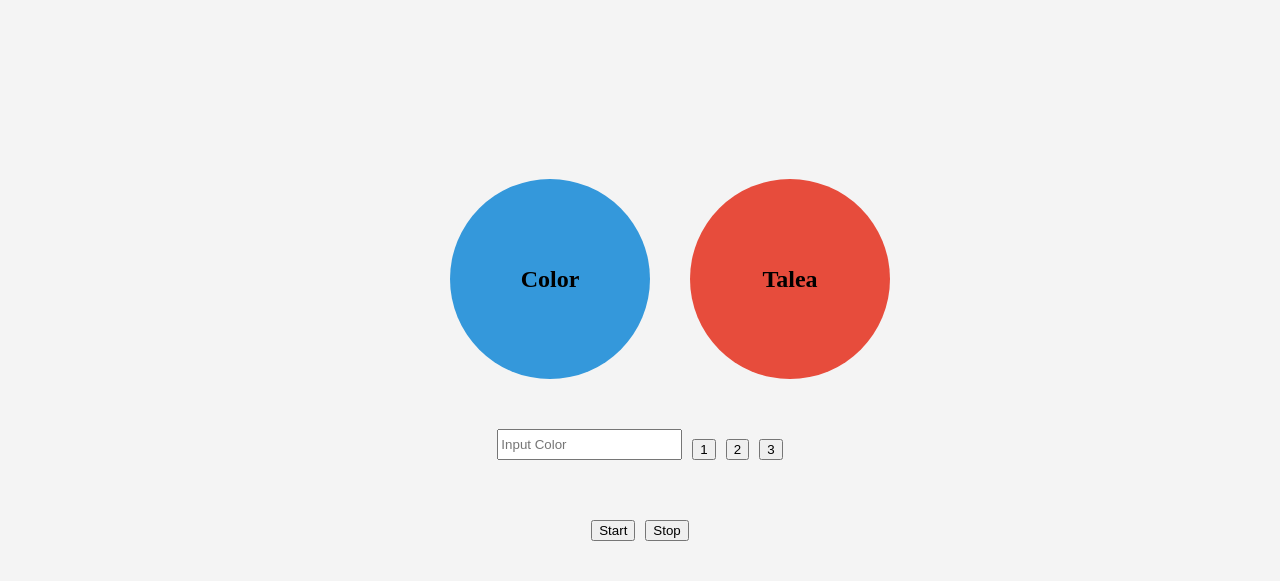
Repository: boshi-an/Isorhythm
Page: .vscode/Isorhythm/index.html
The author's editor kept a copy of each file at every save. The page is drawn from the files as they stood at one save, then again after the next save.
The browser window is 1280 px wide. The pictures show the whole page.

Above is the page before, as saved 2023-10-18 23:17:26.

After the next save:
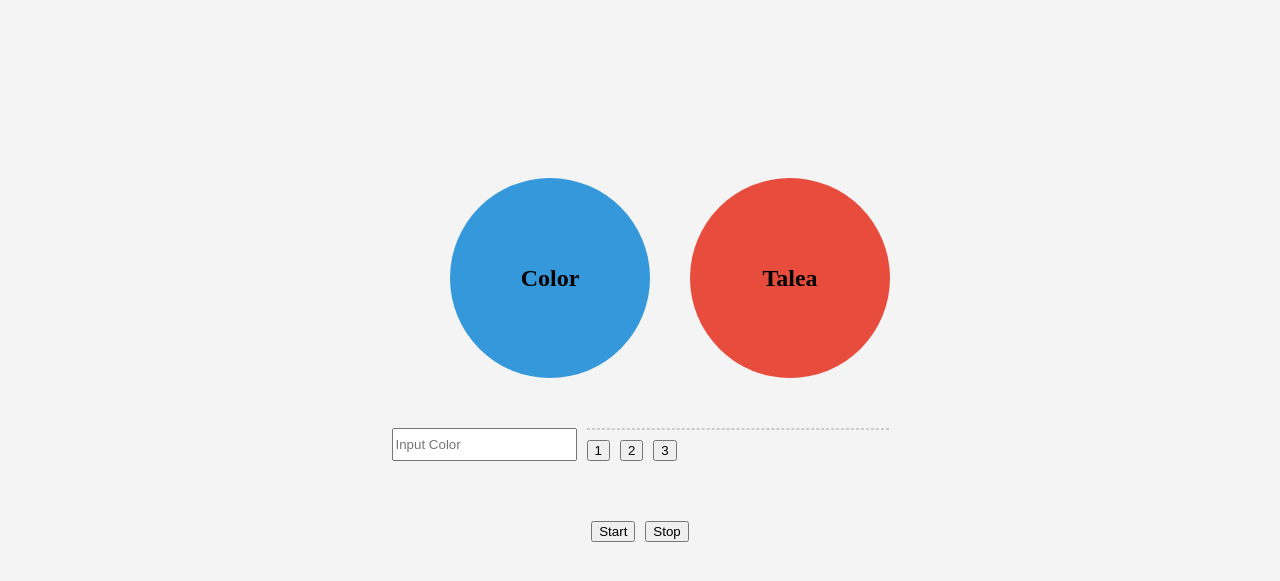
Saved 38 s later.
--- a/.vscode/Isorhythm/styles.css
+++ b/.vscode/Isorhythm/styles.css
@@ -98,3 +98,17 @@ body {
 #circle2 {
     background-color: #e74c3c;
 }
+
+#imageArea {
+    width: 300px;
+    height: auto;
+    border: 1px dashed #ccc;
+    display: flex;
+    flex-wrap: wrap;
+    align-items: center;
+}
+
+#imageArea img {
+    max-width: 100%;
+    margin: 5px;
+}
